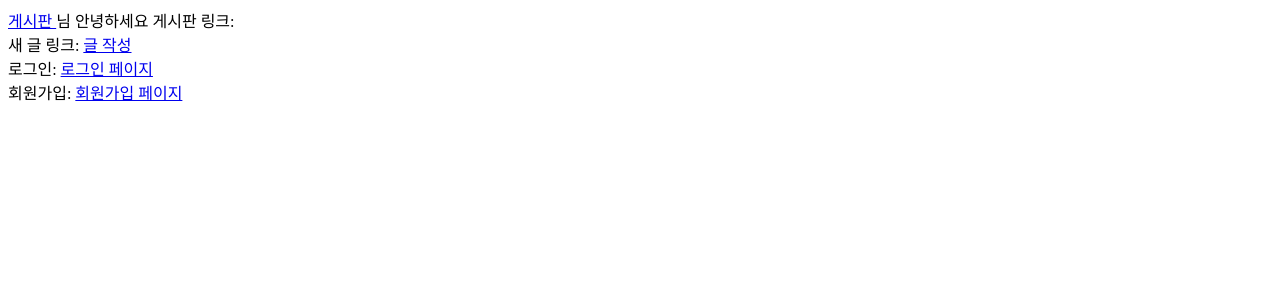
Repository: JunhaPark96/springBoard_maven
Page: http://localhost/springboard/
These files come from the project's save history. The page is drawn as it stood at one moment and after a run of saves; the edit follows.
The browser window is 1280 px wide. The pictures show the whole page.
The page is served by Tomcat 9.

Above is the page before, as saved 2023-08-25 00:47:27.

After the next 2 saves:
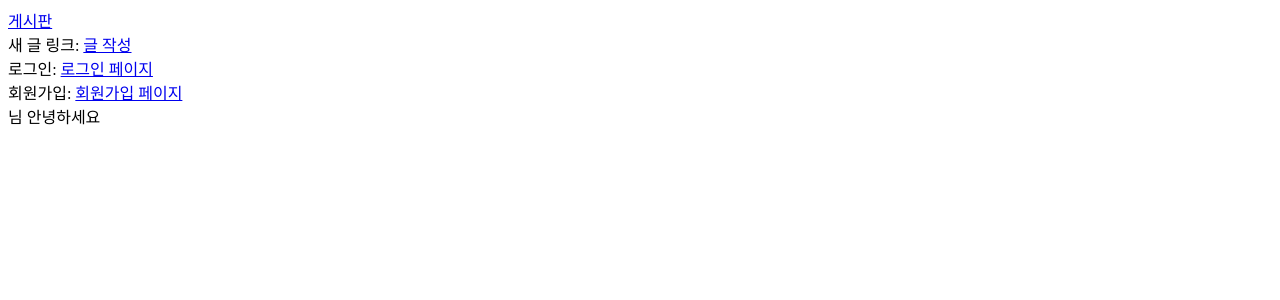
The 2 saves are shown as one change because they came seconds apart.
The last was saved 14 s later.
--- a/springboard/src/main/webapp/index.jsp
+++ b/springboard/src/main/webapp/index.jsp
@@ -9,7 +9,6 @@
 </head>
 <body>
 	<a href="${pageContext.request.contextPath}/board"> 게시판 </a>
-	${currentUser.name } 님 안녕하세요 게시판 링크:
 	<br> 새 글 링크:
 	<a href="${pageContext.request.contextPath}/board/new"> 글 작성 </a>
 	<br> 로그인:
@@ -18,6 +17,10 @@
 	<a href="${pageContext.request.contextPath}/signup"> 회원가입 페이지 </a>
 	<br>
 	<c:if test="${not empty  currentUser}">
+		${currentUser.name } 님 안녕하세요
+	</c:if>
+	<c:if test="${empty  currentUser}">
+		${currentUser.name } 님 안녕하세요
 	</c:if>
 
 </body>
